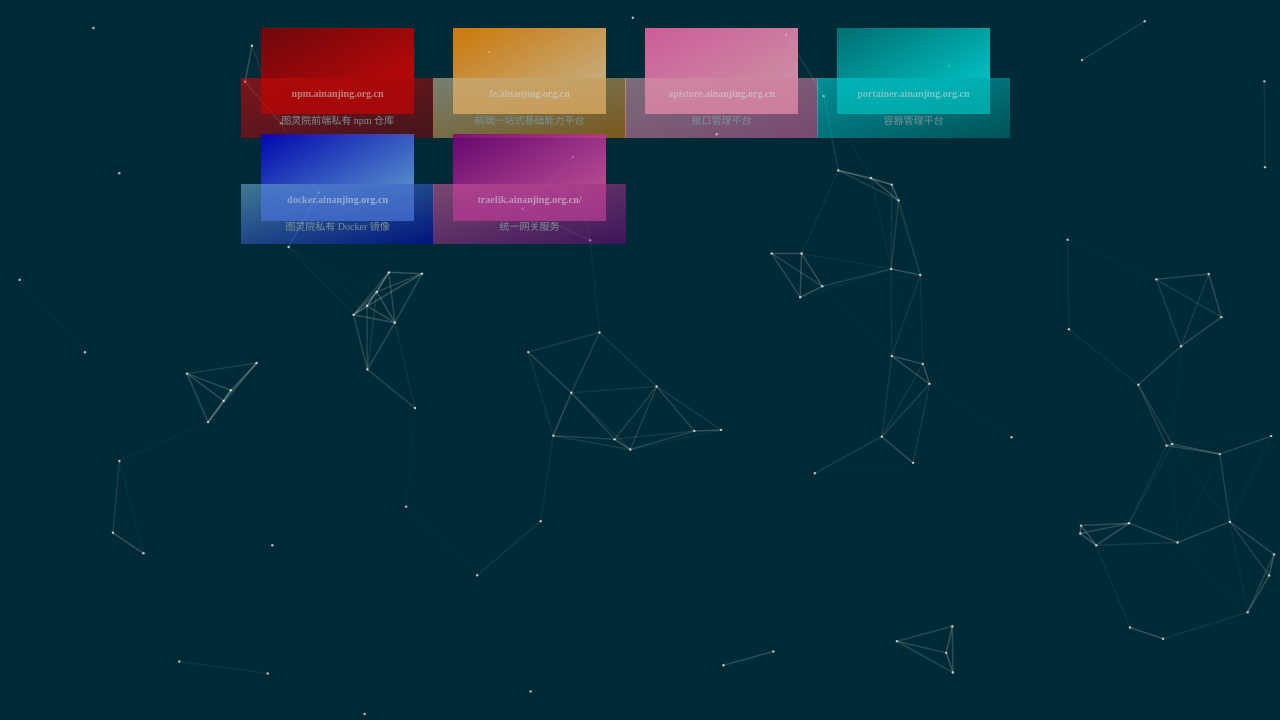
Repository: heweiwei1/portainer
Page: index.html
These files come from the project's save history. The page is drawn as it stood at one moment and after the next save; the edit follows.
The browser window is 1280 px wide. The pictures show the whole page.

Above is the page before, as saved 2021-04-14 13:50:21.

### index.html
<!DOCTYPE html>
<html lang="en">
<head>
  <meta charset="UTF-8">
  <meta http-equiv="X-UA-Compatible" content="IE=edge">
  <meta name="viewport" content="width=device-width, initial-scale=1.0">
  <title>网页</title>
  <link rel="stylesheet" href="index.css">
  <script src="index.js"></script>
</head>
<body>
  <div class="demo">
    <a class="demo1 demo-1" href="https://npm.ainanjing.org.cn/">
        <div class="trans">
          <h4>npm.ainanjing.org.cn</h4>
          <p>图灵院前端私有 npm 仓库</p>
        </div>
    </a>
    <a class="demo1 demo-2" href="https://fe.ainanjing.org.cn" id="pop">
          <div class="trans">
            <h4>fe.ainanjing.org.cn</h4>
            <p>前端一站式基础能力平台</p>
          </div>
    </a>
    <a class="demo1 demo-3" href="https://apistore.ainanjing.org.cn">
        <div class="trans">
          <h4>apistore.ainanjing.org.cn</h4>
          <p>接口管理平台</p>
        </div>
    </a>
    <a class="demo1 demo-4" href="https://portainer.ainanjing.org.cn">
        <div class="trans">
          <h4>portainer.ainanjing.org.cn</h4>
          <p>容器管理平台</p>
        </div>
    </a>
    <a class="demo1 demo-5" href="https://docker.ainanjing.org.cn">
        <div class="trans">
          <h4>docker.ainanjing.org.cn</h4>
          <p>图灵院私有 Docker 镜像</p>
        </div>
    </a>
    <a class="demo1 demo-6" href="https://traefik.ainanjing.org.cn/">
        <div class="trans">
          <h4>traefik.ainanjing.org.cn/</h4>
          <p>统一网关服务</p>
        </div>
    </a>
  </div>
</body>
</html>

### index.css
a {
  text-decoration: none;
  color: #000;
}
.demo {
  width: 60%;
  margin: auto;
  display: flex;
  flex-flow: row wrap;
  position: relative;
}

.demo a {
  position: relative;
  display: flex;
  flex-direction: column;
  align-items: center;
  width: 12vw;
  height: 6.75vw;
  margin-top: 20px;
  font-size: 10px;
}
.demo a:not(:nth-child(4n)){
  margin-right: 3vw;
}
.trans {
  position:absolute;
  top: 49.8px;
  width: 100%;
  padding: 30px 20px;
  display: flex;
  justify-content: center;
  opacity: 0.6;
}
.demo1:hover .trans{
  opacity: 1;
}
.demo1 {
  opacity: 0.8;
}
.trans p{
  position: absolute;
  top: 24px;
  color: #fff;
}
.trans h4{
  position: absolute;
  top: -3px;
  color: #fff;
}
.demo-1 {
  background-image: linear-gradient(to bottom right,#8b0000,#ff0000);

}
.demo-1 .trans{
  background-image: linear-gradient(to top left,#8b0000,#ff0000);
}
.demo-2 {
  background-image: linear-gradient(to bottom right,#ff8c00,#f5deb3);
}
.demo-2 .trans{
  background-image: linear-gradient(to top left,#ff8c00,#f5deb3);
}
.demo-3 {
  background-image: linear-gradient(to bottom right,#ff69b4,#ffb6c1);
}
.demo-3 .trans{
  background-image: linear-gradient(to top left,#ff69b4,#ffb6c1);
}
.demo-4 {
  background-image: linear-gradient(to bottom right,#008080,#00ffff);
}
.demo-4 .trans{
  background-image: linear-gradient(to top left,#008080,#00ffff);
}
.demo-5 {
  background-image: linear-gradient(to bottom right,#0000cd,#87cefa);
}
.demo-5 .trans{
  background-image: linear-gradient(to top left,#0000cd,#87cefa);
}
.demo-6 {
  background-image: linear-gradient(to bottom right,#800080,#ff69b4);
}
.demo-6 .trans{
  background-image: linear-gradient(to top left,#800080,#ff69b4);
}

### index.js
window.onload = function(){
  var pop = document.getElementById("pop");
  pop.onclick = function(){
    alert("暂未启用");
    return false;
  }
  // 可调参数
var BACKGROUND_COLOR = "rgba(0,43,54,1)";   // 背景色
var POINT_NUM = 99;                         // 屏幕上点的数目
var POINT_COLOR = "rgba(255,255,255,0.7)";  // 点的颜色
var LINE_LENGTH = 10000;                    // 点之间连线长度(的平方)

// 创建背景画布
var cvs = document.createElement("canvas");
cvs.width = window.innerWidth;
cvs.height = window.innerHeight;
cvs.style.cssText = "\
    position:fixed;\
    top:0px;\
    left:0px;\
    z-index:-1;\
    opacity:1.0;\
    ";
document.body.appendChild(cvs);

var ctx = cvs.getContext("2d");

var startTime = new Date().getTime();

//随机数函数
function randomInt(min, max) {
    return Math.floor((max - min + 1) * Math.random() + min);
}

function randomFloat(min, max) {
    return (max - min) * Math.random() + min;
}

//构造点类
function Point() {
    this.x = randomFloat(0, cvs.width);
    this.y = randomFloat(0, cvs.height);

    var speed = randomFloat(0.3, 1.4);
    var angle = randomFloat(0, 2 * Math.PI);

    this.dx = Math.sin(angle) * speed;
    this.dy = Math.cos(angle) * speed;

    this.r = 1.2;

    this.color = POINT_COLOR;
}

Point.prototype.move = function () {
    this.x += this.dx;
    if (this.x < 0) {
        this.x = 0;
        this.dx = -this.dx;
    } else if (this.x > cvs.width) {
        this.x = cvs.width;
        this.dx = -this.dx;
    }
    this.y += this.dy;
    if (this.y < 0) {
        this.y = 0;
        this.dy = -this.dy;
    } else if (this.y > cvs.height) {
        this.y = cvs.height;
        this.dy = -this.dy;
    }
}

Point.prototype.draw = function () {
    ctx.fillStyle = this.color;
    ctx.beginPath();
    ctx.arc(this.x, this.y, this.r, 0, Math.PI * 2);
    ctx.closePath();
    ctx.fill();
}

var points = [];

function initPoints(num) {
    for (var i = 0; i < num; ++i) {
        points.push(new Point());
    }
}

var p0 = new Point(); //鼠标
p0.dx = p0.dy = 0;
var degree = 2.5;
document.onmousemove = function (ev) {
    p0.x = ev.clientX;
    p0.y = ev.clientY;
}
document.onmousedown = function (ev) {
    degree = 5.0;
    p0.x = ev.clientX;
    p0.y = ev.clientY;
}
document.onmouseup = function (ev) {
    degree = 2.5;
    p0.x = ev.clientX;
    p0.y = ev.clientY;
}
window.onmouseout = function () {
    p0.x = null;
    p0.y = null;
}

function drawLine(p1, p2, deg) {
    var dx = p1.x - p2.x;
    var dy = p1.y - p2.y;
    var dis2 = dx * dx + dy * dy;
    if (dis2 < 2 * LINE_LENGTH) {
        if (dis2 > LINE_LENGTH) {
            if (p1 === p0) {
                p2.x += dx * 0.03;
                p2.y += dy * 0.03;
            } else return;
        }
        var t = (1.05 - dis2 / LINE_LENGTH) * 0.2 * deg;
        ctx.strokeStyle = "rgba(255,255,255," + t + ")";
        ctx.beginPath();
        ctx.lineWidth = 1.5;
        ctx.moveTo(p1.x, p1.y);
        ctx.lineTo(p2.x, p2.y);
        ctx.closePath();
        ctx.stroke();
    }
    return;
}

//绘制每一帧
function drawFrame() {
    cvs.width = window.innerWidth;
    cvs.height = window.innerHeight;
    ctx.fillStyle = BACKGROUND_COLOR;
    ctx.fillRect(0, 0, cvs.width, cvs.height);

    var arr = (p0.x == null ? points : [p0].concat(points));
    for (var i = 0; i < arr.length; ++i) {
        for (var j = i + 1; j < arr.length; ++j) {
            drawLine(arr[i], arr[j], 1.0);
        }
        arr[i].draw();
        arr[i].move();
    }

    window.requestAnimationFrame(drawFrame);
}

  initPoints(POINT_NUM);
  drawFrame();
}

After the next save:
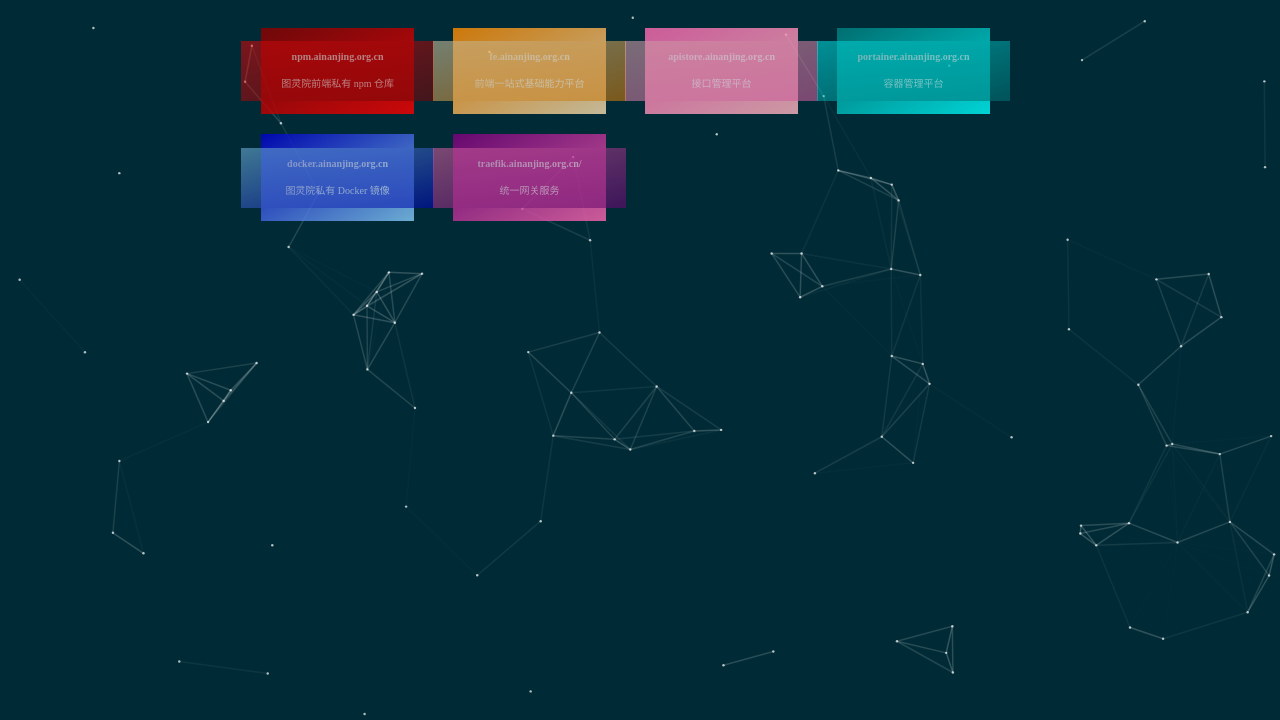
Saved 101 s later.
--- a/index.css
+++ b/index.css
@@ -25,7 +25,7 @@ a {
 }
 .trans {
   position:absolute;
-  top: 49.8px;
+  top: 13.2px;
   width: 100%;
   padding: 30px 20px;
   display: flex;
